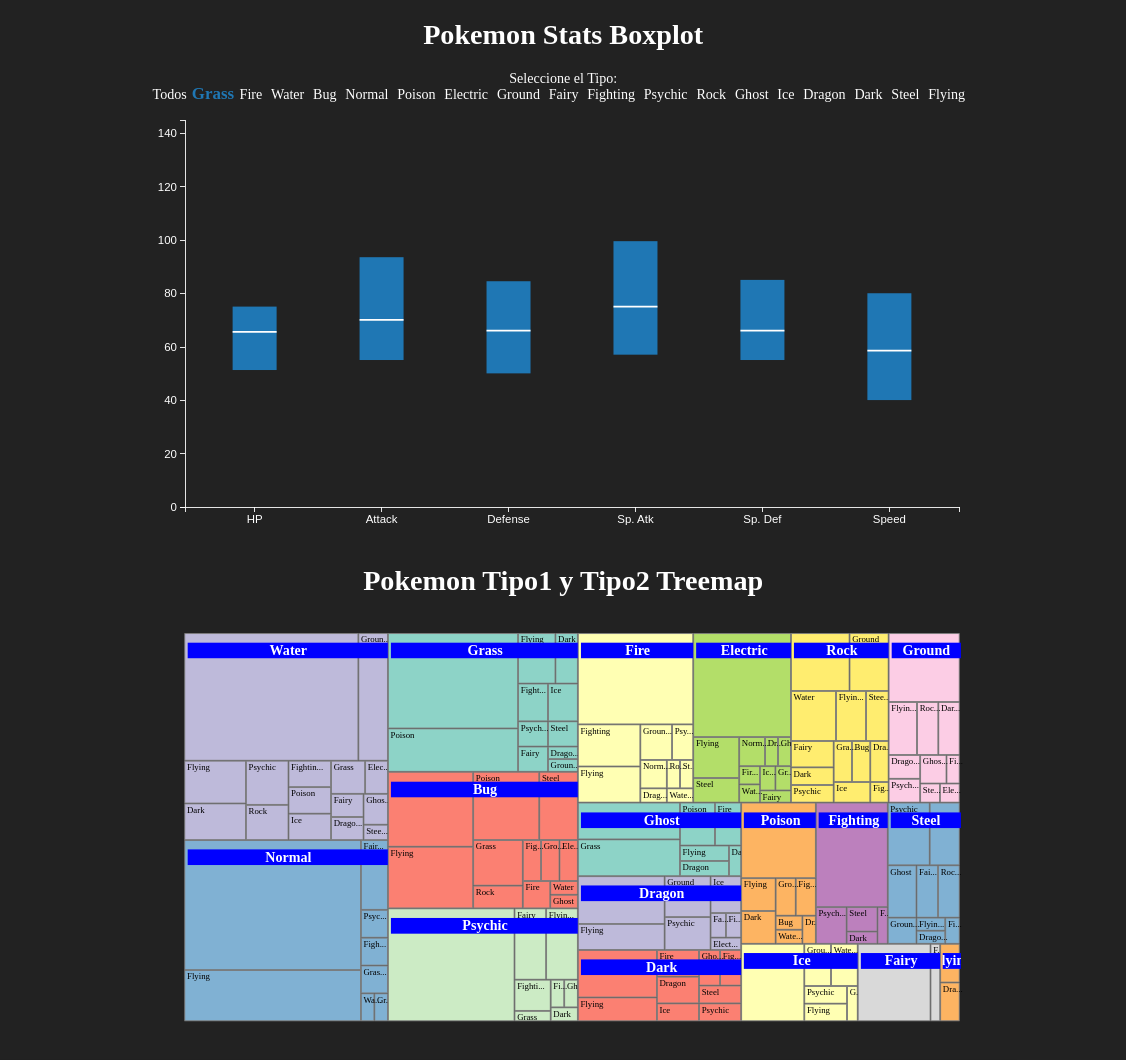
Repository: Cartterr/Proyecto-VisInfo
Page: Propuesta1_Tipos_Cajas.html
An editor plug-in stored every save of this project. The page is shown before and after the next save, followed by the edit.
The browser window is 1280 px wide. The pictures show the whole page, at 88% of full size.

Above is the page before, as saved 2023-06-28 04:15:53.

### Propuesta1_Tipos_Cajas.html
<!DOCTYPE html>
<html>
<head>
    <meta charset="utf-8">
    <title>Pokemon Stats Boxplot</title>
    <script src="https://d3js.org/d3.v7.min.js"></script>
</head>

<body>
    <h1>Pokemon Stats Boxplot</h1>
    <link rel="stylesheet" href="Propuesta1_Tipos_Cajas.css">
    <div>
        <label for="typeSelect">Seleccione el Tipo:</label>
        <div class="type-list-container">
            <ul class="type-list" id="typeList"></ul>
        </div>
    </div>
    <div id="boxplot"></div>
    <h1>Pokemon Tipo1 y Tipo2 Treemap</h1>
    <div id="treemap"></div>
    <script src="Propuesta1_Tipos_Cajas.js"></script>
</body>
</html>

### Propuesta1_Tipos_Cajas.css
body {
    margin: 0 auto;
    background-color: #222;
    color: white;
    max-width: 80%;
    min-width: 500px;
    text-align: center;
}

.box {
    fill: #1f77b4;
    cursor: pointer;
    position: relative; /* Agregado */
}

.box:hover {
    fill: #456b86;
}

.tooltip {
    position: absolute;
    background-color: #fff;
    border: 1px solid #ccc;
    padding: 10px;
    pointer-events: none;
    opacity: 0;
    transition: opacity 0.3s ease-in-out;
    top: -40px; /* Agregado */
    left: 0; /* Agregado */
    width: 100px; /* Agregado */
    text-align: center; /* Agregado */
}

.box:hover .tooltip {
    opacity: 1;
}

.median {
    stroke: white;
    stroke-width: 2px;
}

.axis text {
    font-size: 13px;
}

.axis line,
.axis path {
    fill: none;
    stroke: white;
    shape-rendering: crispEdges;
}

.type-list-container {
    display: flex;
    justify-content: center;
}

.type-list {
    display: flex;
    white-space: nowrap;
    padding: 0;
    margin: 0;
    list-style-type: none;
}

.type-list li {
    margin-right: 10px;
    transition: transform 0.3s;
}

.type-list li:hover {
    transform: scale(1.1);
}

.type-list li.selected {
    transform: scale(1.2);
    font-weight: bold;
    color: #1f77b4;
}

.type-list-container {
    overflow-y: hidden;
}

.type-list {
    display: flex;
    white-space: nowrap;
    padding: 0;
    margin: 0;
    list-style-type: none;
}

.type-list li {
    margin-right: 10px;
}

text {
    font-size: 10px;
}

### Propuesta1_Tipos_Cajas.js


let selectedType = 'Todos';

d3.csv("pokemon.csv").then(data => {
    const types = Array.from(new Set(data.map(d => d["Type 1"])));
    const statNames = ["HP", "Attack", "Defense", "Sp. Atk", "Sp. Def", "Speed"];

    const margin = { top: 20, right: 30, bottom: 40, left: 50 },
        width = 960 - margin.left - margin.right,
        height = 500 - margin.top - margin.bottom;

    const svg = d3.select("#boxplot")
        .append("svg")
        .attr("width", width + margin.left + margin.right)
        .attr("height", height + margin.top + margin.bottom)
        .append("g")
        .attr("transform", `translate(${margin.left},${margin.top})`);

    const x = d3.scaleBand()
        .range([0, width])
        .padding(0.1);

    const y = d3.scaleLinear()
        .range([height, 0]);

    const xAxis = d3.axisBottom(x);
    const yAxis = d3.axisLeft(y);

    svg.append("g")
        .attr("class", "axis x-axis")
        .attr("transform", `translate(0,${height})`)
        .call(xAxis);

    svg.append("g")
        .attr("class", "axis y-axis")
        .call(yAxis);

    const updateBoxPlot = (selectedType) => {
        let typeData;
        if (selectedType === 'Todos') {  // Add this condition
            typeData = data;
        } else {
            typeData = data.filter(d => d["Type 1"] === selectedType);
        }

        const typeStats = statNames.map(stat => typeData.map(d => +d[stat]));

        x.domain(statNames);
        y.domain([0, d3.max(typeStats, d => d3.max(d))]);

        svg.select(".x-axis")
            .call(xAxis);

        svg.select(".y-axis")
            .transition()
            .duration(250)
            .call(yAxis);

        const boxWidth = Math.min(50, x.bandwidth());

        svg.selectAll(".box")
            .data(typeStats)
            .join("rect")
            .transition()
            .duration(450)
            .attr("class", "box")
            .attr("x", (d, i) => x(statNames[i]) + (x.bandwidth() - boxWidth) / 2)
            .attr("width", boxWidth)
            .attr("y", d => y(d3.quantile(d, 0.75)))
            .attr("height", d => y(d3.quantile(d, 0.25)) - y(d3.quantile(d, 0.75)));

        typeList.selectAll("li")
            .classed("selected", d => d === selectedType);

        svg.selectAll(".median")
            .data(typeStats)
            .join("line")
            .transition()
            .duration(450)
            .attr("class", "median")
            .attr("x1", (d, i) => x(statNames[i]) + (x.bandwidth() - boxWidth) / 2)
            .attr("x2", (d, i) => x(statNames[i]) + (x.bandwidth() + boxWidth) / 2)
            .attr("y1", d => y(d3.median(d)))
            .attr("y2", d => y(d3.median(d)));


    };

    const typeList = d3.select("#typeList");
    typeList.selectAll("li")
        .data(['Todos'].concat(types))  // Add 'Todos' to the list
        .enter()
        .append("li")
        .text(d => d)
        .on("click", function () {
            let clickedType = d3.select(this).text();

            if (clickedType === selectedType) {
                selectedType = 'Todos';
            } else {
                selectedType = clickedType;
            }

            svgTreemap.selectAll("rect")
                .attr("opacity", d => d.parent.data.name === selectedType || selectedType === 'Todos' ? 1 : 0.3);

            updateBoxPlot(selectedType);
        });


    // Initialize with the first type
    updateBoxPlot(types[0]);

    // Add an id for each Pokemon (needed to compute hierarchy)
    data.forEach((d, i) => d.id = i);


   //TREEMAP
    const color = d3.scaleOrdinal()
    .domain(types)
    .range(d3.schemeSet3);

    // Group the data by Type 1 and Type 2
    let groupedData = d3.group(data, d => d["Type 1"], d => d["Type 2"]);

    // Convert the grouped data into a hierarchical structure
    let hierarchyData = { name: "root", children: [] };
    for (let [type1, values1] of groupedData) {
        let type1Node = { name: type1, children: [] };
        for (let [type2, values2] of values1) {
            type1Node.children.push({ name: type2, value: values2.length });
        }
        hierarchyData.children.push(type1Node);
    }


    // Building the treemap
    const root = d3.hierarchy(hierarchyData)
        .sum(d => d.value)
        .sort((a, b) => b.value - a.value);

    d3.treemap()
        .size([width, height])
        .paddingInner(1)
        (root);

    const svgTreemap = d3.select("#treemap")
        .append("svg")
        .attr("width", width + margin.left + margin.right)
        .attr("height", height + margin.top + margin.bottom)
        .append("g")
        .attr("transform", `translate(${margin.left},${margin.top})`);

    // Create a parent groups for Type 1
    const groups = svgTreemap.selectAll('g')
        .data(root.children)
        .enter()
        .append('g');

    let selectedTypeNode = null;

    // Create a subgroup for each leaf under Type 1 group
    groups.selectAll("rect")
        .data(d => d.leaves())
        .enter()
        .append("rect")
        .attr("x", d => d.x0)
        .attr("y", d => d.y0)
        .attr("width", d => d.x1 - d.x0)
        .attr("height", d => d.y1 - d.y0)
        .attr("fill", d => color(d.parent.data.name)) // color according to Type 1
        .attr("stroke", "grey")
        .attr("opacity", 1)
        .on("click", function(event, d) {
            svgTreemap.selectAll("rect")
                .attr("opacity", 0.3); // reduce opacity for all rectangles

            if (selectedTypeNode) {

                selectedTypeNode.selectAll("rect")
                    .attr("opacity", 0.3); // reset opacity for previously selected group
            }

            if (selectedTypeNode === d3.select(this.parentNode)) {
                selectedTypeNode = null;
            } else {
                selectedTypeNode = d3.select(this.parentNode);

                selectedTypeNode.selectAll("rect")
                    .attr("opacity", 1); // set full opacity for selected group
            }

            const type = d.parent.data.name; // Type 1
            selectedType = selectedType === type ? 'Todos' : type;

            svgTreemap.selectAll("rect")
                .attr("opacity", d => selectedType === 'Todos' || d.parent.data.name === selectedType ? 1 : 0.3);


            typeList.selectAll("li")
                .classed("selected", d => d === selectedType);

            updateBoxPlot(selectedType);
        });

    // Add labels for Type 2 and Type 1
    groups.selectAll("text.type2")
        .data(d => d.leaves())
        .enter()
        .append("text")
        .attr("class", "type2")
        .attr("x", d => d.x0 + 2.5)
        .attr("y", d => d.y0 + 10)
        .text(d => d.data.name.length * 6 < (d.x1 - d.x0) ? d.data.name : `${d.data.name.slice(0, (d.x1 - d.x0) / 6)}...`) // Truncate text if it doesn't fit

        .append("title")  // Tooltip to show full name on hover
        .text(d => d.data.name);

    // Add labels for Type 1
    groups.append("foreignObject")
        .attr("class", "type1")
        .attr("x", d => d.x0 + 2.5)
        .attr("y", d => d.y0 + 10)
        .attr("width", d => d.x1 - d.x0)
        .attr("height", d => d.y1 - d.y0)
        .append("xhtml:div")
        .style("font-size", "16px") // Adjust font size as needed
        .style("font-weight", "bold") // Make the text bold
        .style("background-color", "blue") // Adjust background color as needed
        .style("display", "flex")
        .style("align-items", "center")
        .style("justify-content", "center")
        .text(d => d.data.name);

});

After the next save:
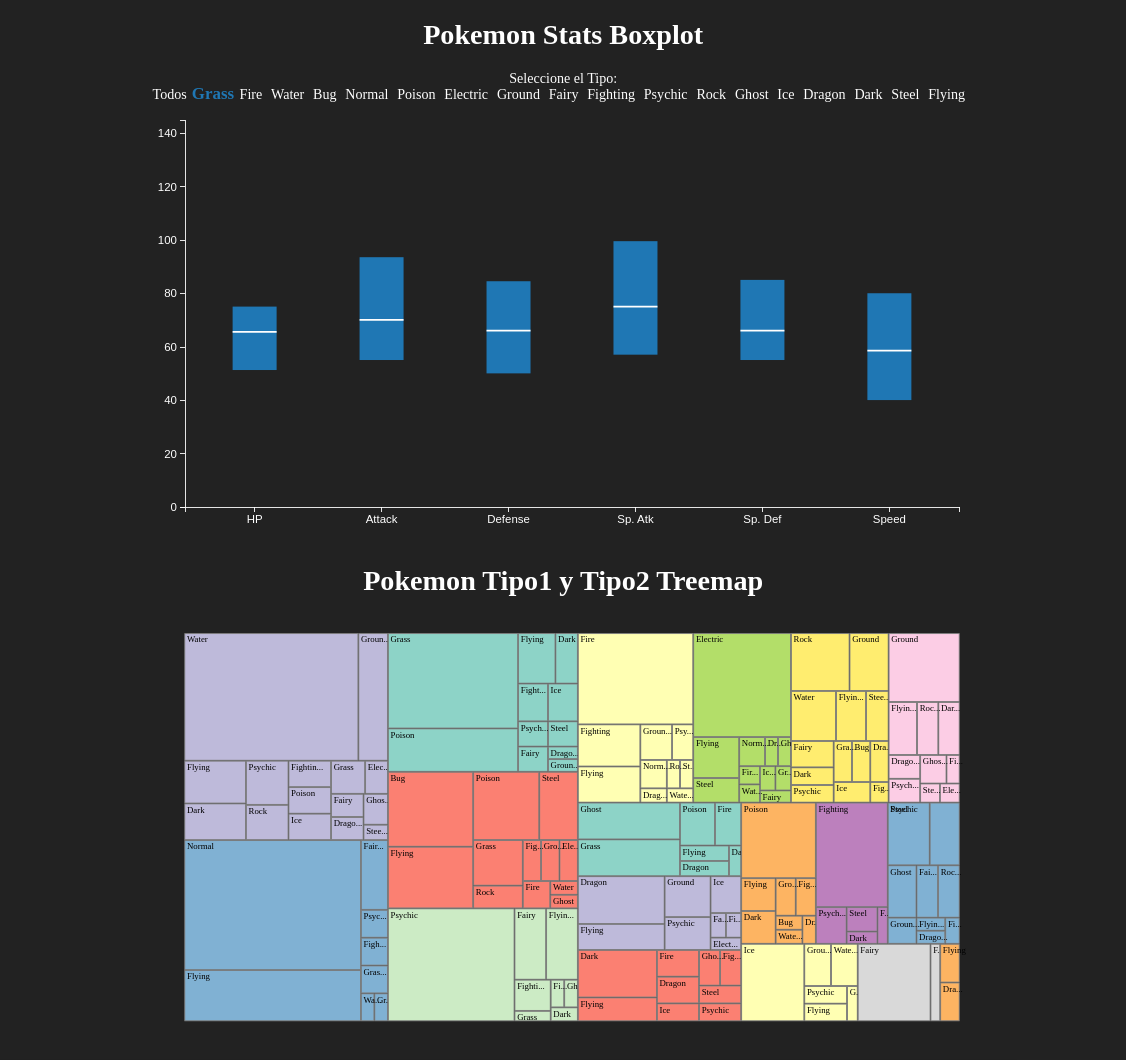
Saved 11 s later.
--- a/Propuesta1_Tipos_Cajas.js
+++ b/Propuesta1_Tipos_Cajas.js
@@ -217,20 +217,11 @@
         .append("title")  // Tooltip to show full name on hover
         .text(d => d.data.name);
 
-    // Add labels for Type 1
-    groups.append("foreignObject")
+    groups.append("text")
         .attr("class", "type1")
         .attr("x", d => d.x0 + 2.5)
         .attr("y", d => d.y0 + 10)
-        .attr("width", d => d.x1 - d.x0)
-        .attr("height", d => d.y1 - d.y0)
-        .append("xhtml:div")
-        .style("font-size", "16px") // Adjust font size as needed
-        .style("font-weight", "bold") // Make the text bold
-        .style("background-color", "blue") // Adjust background color as needed
-        .style("display", "flex")
-        .style("align-items", "center")
-        .style("justify-content", "center")
+        .text(d => d.data.name) // show Type 1
+        .append("title")  // Tooltip to show full name on hover
         .text(d => d.data.name);
-
 });
